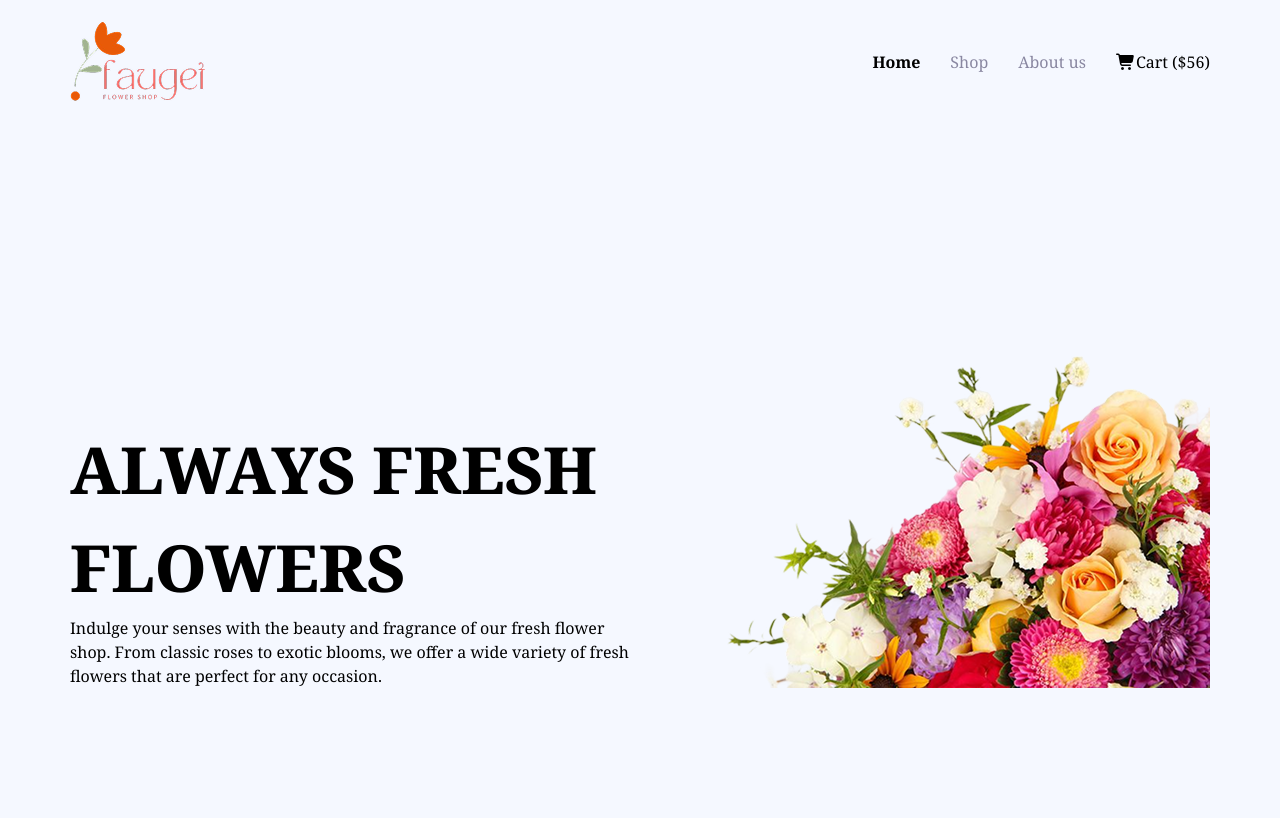
Repository: nahid-hasann/website-7
Page: index.html
An editor plug-in stored every save of this project. The page is shown before and after the next save, followed by the edit.
The browser window is 1280 px wide. The pictures show the whole page.
Some web libraries are served in a nearby version.

Above is the page before, as saved 2025-07-23 23:12:58.

After the next save:
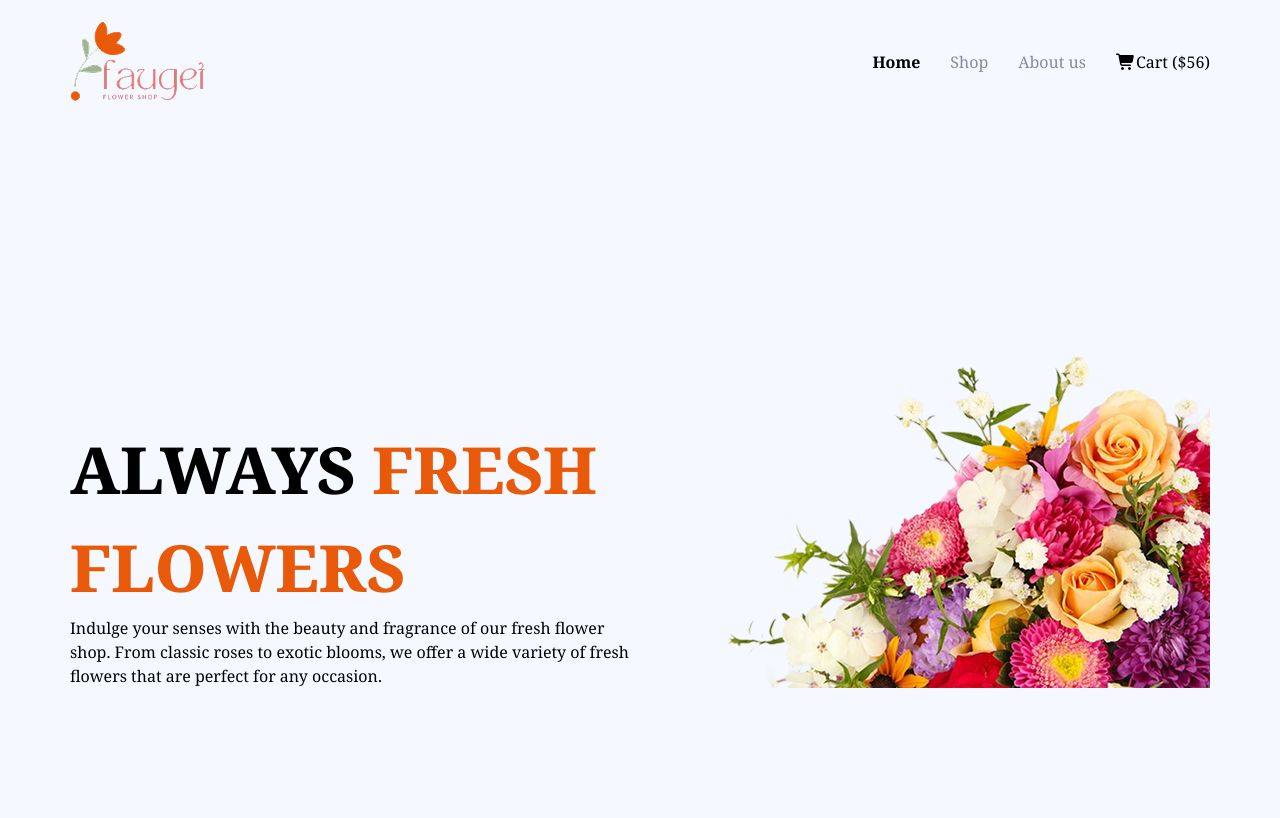
Saved 9 s later.
--- a/index.html
+++ b/index.html
@@ -35,7 +35,7 @@
         <section class="banner">
             <div class="banner-section">
                 <div class="banner-description">
-                    <h1>ALWAYS <span>FRESH <br> FLOWERS</span></h1>
+                    <h1>ALWAYS <span style="color: #e85a0a;">FRESH <br> FLOWERS</span></h1>
                     <p>Indulge your senses with the beauty and fragrance of our fresh flower shop. From classic roses to exotic blooms, we offer a wide variety of fresh flowers that are perfect for any occasion. </p>
                 </div>
                 <div class="banner-img">
